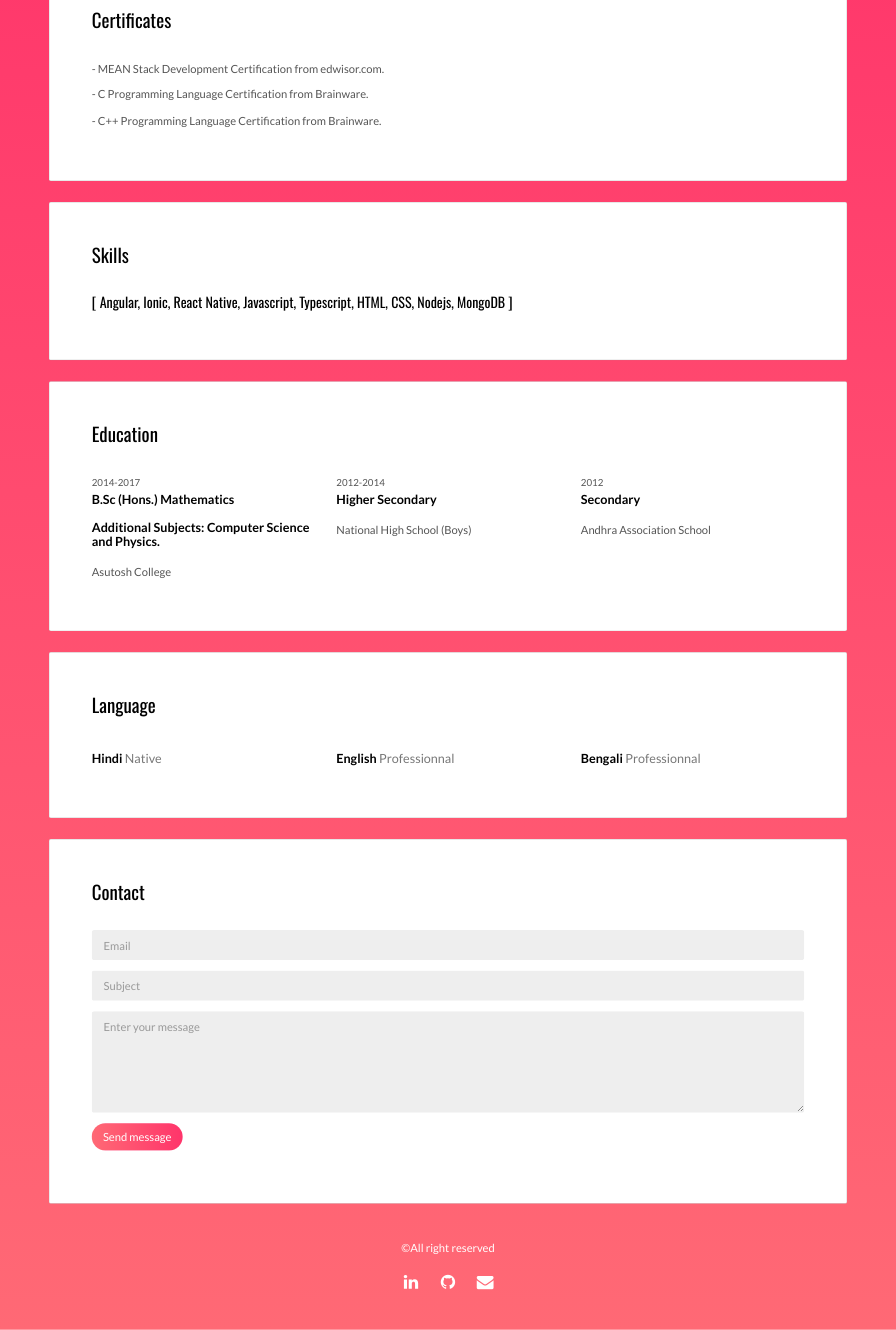
Repository: Ankit-singh7/work_with_ankit.github.io
Page: index.html
The author's editor kept a copy of each file at every save. The page is drawn from the files as they stood at one save, then again after the next save.
The browser window is 1280 px wide. The pictures show the part of the page from y = 2291 to 4211 px (the page is 4191 px tall before and 4211 px after), at 70% of full size.

Above is the page before, as saved 2021-03-04 00:15:40.

### index.html
<!DOCTYPE html>
<html lang="en">

<head>
  <meta charset="UTF-8">
  <meta content="IE=edge" http-equiv="X-UA-Compatible">
  <meta content="width=device-width,initial-scale=1" name="viewport">
  <meta content="description" name="description">
  <meta name="google" content="notranslate" />
  <meta content="Mashup templates have been developped by Orson.io team" name="author">

  <!-- Disable tap highlight on IE -->
  <meta name="msapplication-tap-highlight" content="no">

  <link rel="apple-touch-icon" sizes="180x180" href="./assets/apple-icon-180x180.png">
  <link href="./assets/images/img.jpg" rel="icon">

  <title>@nk!t $!ngh | Software Developer</title>

 <link href="./main.d8e0d294.css" rel="stylesheet"></head>

<body class="">

<!-- Add your content of header -->
<div class="background-color-layer" style="background-image: url('assets/images/img-01.jpg')"
></div>
<main class="content-wrapper">
  <header class="white-text-container section-container">
    <div class="text-center">
      <h1>I am Ankit Singh</h1>
      <p>Software Developer</p>
      <p>
        <!-- <a class="fa-icon fa-icon-2x" href="https://facebook.com/" title="">
          <i class="fa fa-facebook"></i>
        </a> -->
        <!-- <a class="fa-icon fa-icon-2x" href="https://twitter.com/" title="">
          <i class="fa fa-twitter"></i>
        </a> -->
        <!-- <a class="fa-icon fa-icon-2x" href="https://dribbble.com/" title="">
          <i class="fa fa-dribbble"></i>
        </a> -->
        <a class="fa-icon fa-icon-2x" href="https://www.linkedin.com/in/ankit-singh-04b976165/" title="">
          <i class="fa fa-linkedin"></i>
        </a>
        <a class="fa-icon fa-icon-2x" href="https://github.com/Ankit-singh7" title="">
          <i class="fa fa-github"></i>
        </a>
        <a class="fa-icon fa-icon-2x" href="mailto:ankit.as2307@gmail.com" title="">
          <i class="fa fa-envelope"></i>
        </a>
        <!-- <a class="fa-icon fa-icon-2x" href="https://vimeo.com/" title="">
          <i class="fa fa-vimeo"></i>
        </a> -->
      </p>
    </div>
  </header>



<!-- Add your site or app content here -->

 <div class="container">
   <div class="row">
     <div class="col-xs-12">

        <div class="card">
          <div class="card-block">
            <h2>About me</h2>
            <div class="row">
              <div class="col-md-4">
                <p><img src="./assets/images/img.jpg" class="img-responsive" alt=""></p>
              </div>
              <div class="col-md-8">

              <p>Software Developer with 2+ years of experience in web development and hybrid mobile application development using Angular, Ionic and React Native.</p>
              <p>A technology enthusiast with a keen
                interest in problem solving with years of
                experience in Frontend Development and
                Hybrid Mobile App Development.</p>

              </div>
            </div>
          </div>
        </div>

        <!-- <div class="card">
          <div class="card-block">
            <h2>Projects</h2>
            <div class="row">
              <div class="col-md-4">
                <img src="./assets/images/img-02.jpg" class="img-responsive" alt="">
                <h3 class="h5">Amelia App</h3>
                <p>June 2017</p>
              </div>
              <div class="col-md-4">
                <img src="./assets/images/img-03.jpg" class="img-responsive" alt="">
                <h3 class="h5">Portland</h3>
                <p>March 2017</p>
              </div>
              <div class="col-md-4">
                <img src="./assets/images/img-04.jpg" class="img-responsive" alt="">
                <h3 class="h5">Denz for Nilon</h3>
                <p>Jan 2017</p>
              </div>
            </div>
          </div>
        </div> -->

        <div class="card">
          <div class="card-block">
            <h2>Projects</h2>
            <div id="carousel-example-generic" class="carousel slide" data-ride="carousel">


            <!-- Wrapper for slides -->
            <div class="carousel-inner" role="listbox">
              <div class="item active">
                <img src="./assets/images/ref.png" class="img-responsive" alt="...">
                <div class="carousel-caption">
                  <h3 class="h5">REF App (Made with Ionic)</h3>
                  <h4>Employer - Techpro Studio</h4>
                  <p>11/2020 - 03/2021</p>
                </div>
              </div>
              <div class="item">
                <img src="./assets/images/muni.png" class="img-responsive" alt="...">
                <div class="carousel-caption">
                  <h3 class="h5">Municipality App (Made with Ionic)</h3>
                  <h4>Freelancing</h4>
                  <p>08/2019 - 01/2020</p>
                </div>
              </div>
              <div class="item">
                <img src="./assets/images/engage.png" class="img-responsive" alt="...">
                <div class="carousel-caption">
                  <h3 class="h5">Engage Local (Made with Ionic)</h3>
                  <h4>Employer - Techpro Studio</h4>
                  <p>12/2019 - 05/2020</p>
                </div>
              </div>

              <div class="item">
                <img src="./assets/images/Drag.png" class="img-responsive" alt="...">
                <div class="carousel-caption">
                  <h3 class="h5">Drag & Drop Website Builder (Made with grapesjs)</h3>
                  <h4>Employer - Techpro Studio</h4>
                  <p>06/2020 - 03/2021</p>
                </div>
              </div>
              <div class="item">
                <img src="./assets/images/caters.png" class="img-responsive" alt="...">
                <div class="carousel-caption">
                  <h3 class="h5">Caters App (Made with Ionic)</h3>
                  <h4>Employer - Techpro Studio</h4>
                  <p>08/2020 - 01/2021</p>
                </div>
              </div>
            </div>

            <!-- Indicators -->
            <ol class="carousel-indicators">
              <li data-target="#carousel-example-generic" data-slide-to="0" class="active"></li>
              <li data-target="#carousel-example-generic" data-slide-to="1"></li>
              <li data-target="#carousel-example-generic" data-slide-to="2"></li>
              <li data-target="#carousel-example-generic" data-slide-to="3"></li>
              <li data-target="#carousel-example-generic" data-slide-to="4"></li>
            </ol>

          </div>
          </div>
        </div>

        <div class="card">
          <div class="card-block">
            <h2>Work</h2>
            <div class="work-experience">
              <small class="date">03/2019-Present</small>
              <h3 class="h5 date-title">Software developer - <a href="http://en.orson.io" title="Create professionnal website">Techpro Studio</a></h3>


              <p>- Created and apply UI requirements utilizing Angular Framework, Ionic and React Native to create various web applications and hybrid mobile applications.</p>
              <p>- Maintaining and upgrading existing web applications.</p>
              <p>- Worked closely with clients to meet project requirements.</p>
            </div>


          </div>
        </div>
        <div class="card">
          <div class="card-block">
            <h2>Certificates</h2>
            <div class="work-experience">
              <p>- MEAN Stack Development Certification from edwisor.com.</p>
              <p>- C Programming Language Certification from Brainware.</p>
              <p>- C++ Programming Language Certification from Brainware.</p>
            </div>


          </div>
        </div>

        <div class="card">
          <div class="card-block">
            <h2>Skills</h2>
            <div class="work-experience">
              <h3>[ Angular, Ionic, React Native, Javascript, Typescript, HTML, CSS, Nodejs, MongoDB ]</h3>
            </div>


          </div>
        </div>


        <div class="card">
          <div class="card-block">
            <h2>Education</h2>
            <div class="row">
              <div class="col-md-4">
                <div class="education-experience">
                  <small class="date">2014-2017</small>
                  <h3 class="h5 date-title">B.Sc (Hons.) Mathematics</h3>
                  <h2 class="h5 date-title">Additional Subjects: Computer Science and Physics.</h2>
                  <p>Asutosh College</p>
                </div>

              </div>
              <div class="col-md-4">
                <div class="education-experience">
                  <small class="date">2012-2014</small>
                  <h3 class="h5 date-title">Higher Secondary</h3>
                  <p>National High School (Boys)</p>
                </div>
              </div>
              <div class="col-md-4">
                <div class="education-experience">
                  <small class="date">2012</small>
                  <h3 class="h5 date-title">Secondary</h3>
                  <p>Andhra Association School</p>
                </div>
              </div>
            </div>
          </div>
        </div>

        <div class="card">
          <div class="card-block">
            <h2>Language</h2>
            <div class="row">
              <div class="col-md-4">
                <div class="language-experience">
                  <h3 class="h5">Hindi  <small>Native</small></h3>
                </div>
              </div>
              <div class="col-md-4">
                <div class="language-experience">
                  <h3 class="h5">English  <small>Professionnal</small></h3>
                </div>
              </div>
              <div class="col-md-4">
                <div class="language-experience">
                  <h3 class="h5">Bengali  <small>Professionnal</small></h3>
                </div>
              </div>
            </div>
          </div>
        </div>


        <div class="card">
          <div class="card-block">
            <h2>Contact</h2>
            <form action="" class="reveal-content">
              <div class="form-group">
                <input type="email" class="form-control" id="email" placeholder="Email">
              </div>
              <div class="form-group">
                <input type="text" class="form-control" id="subject" placeholder="Subject">
              </div>
              <div class="form-group">
                <textarea class="form-control" rows="5" placeholder="Enter your message"></textarea>
              </div>
              <div class="form-group">
                <button type="submit" class=" btn btn-primary">Send message</button>
              </div>
            </form>
          </div>
        </div>

     </div>
   </div>
 </div>

</main>
<footer class="footer-container white-text-container text-center">
  <div class="container">
    <div class="row">
      <div class="col-xs-12">
        <!-- <p><img src="./assets/images/mashup-icon.svg" alt=""></p> -->

        <p>©All right reserved</p>
        <p>
          <a class="fa-icon fa-icon-2x" href="https://www.linkedin.com/in/ankit-singh-04b976165/" title="">
            <i class="fa fa-linkedin"></i>
          </a>
          <a class="fa-icon fa-icon-2x" href="https://github.com/Ankit-singh7" title="">
            <i class="fa fa-github"></i>
          </a>
          <a class="fa-icon fa-icon-2x" href="mailto:ankit.as2307@gmail.com" title="">
            <i class="fa fa-envelope"></i>
          </a>
        </p>
      </div>
    </div>
  </div>
</footer>

<script>
  document.addEventListener("DOMContentLoaded", function (event) {
     scrollRevelation('.card');
  });
</script>
<!-- Google Analytics: change UA-XXXXX-X to be your site's ID

<script>
  (function (i, s, o, g, r, a, m) {
    i['GoogleAnalyticsObject'] = r; i[r] = i[r] || function () {
      (i[r].q = i[r].q || []).push(arguments)
    }, i[r].l = 1 * new Date(); a = s.createElement(o),
      m = s.getElementsByTagName(o)[0]; a.async = 1; a.src = g; m.parentNode.insertBefore(a, m)
  })(window, document, 'script', '//www.google-analytics.com/analytics.js', 'ga');
  ga('create', 'UA-XXXXX-X', 'auto');
  ga('send', 'pageview');
</script>

--><script type="text/javascript" src="./main.bc58148c.js"></script></body>

</html>

Loaded but not shown: main.d8e0d294.css (library); main.bc58148c.js (library)

After the next save:
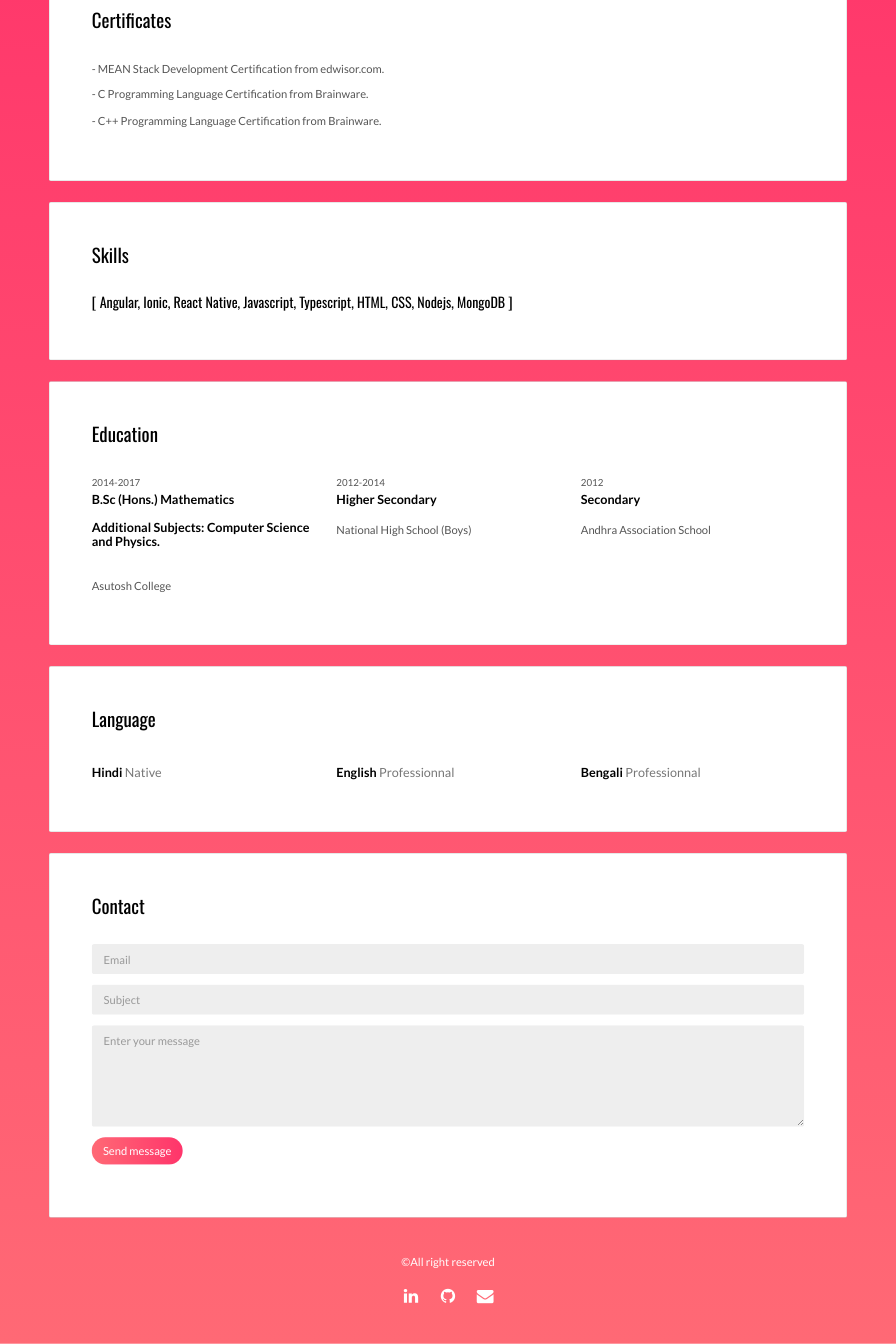
Saved 27 s later.
--- a/index.html
+++ b/index.html
@@ -219,7 +219,7 @@
                 <div class="education-experience">
                   <small class="date">2014-2017</small>
                   <h3 class="h5 date-title">B.Sc (Hons.) Mathematics</h3>
-                  <h2 class="h5 date-title">Additional Subjects: Computer Science and Physics.</h2>
+                  <h2 class="h5">Additional Subjects: Computer Science and Physics.</h2>
                   <p>Asutosh College</p>
                 </div>
 
